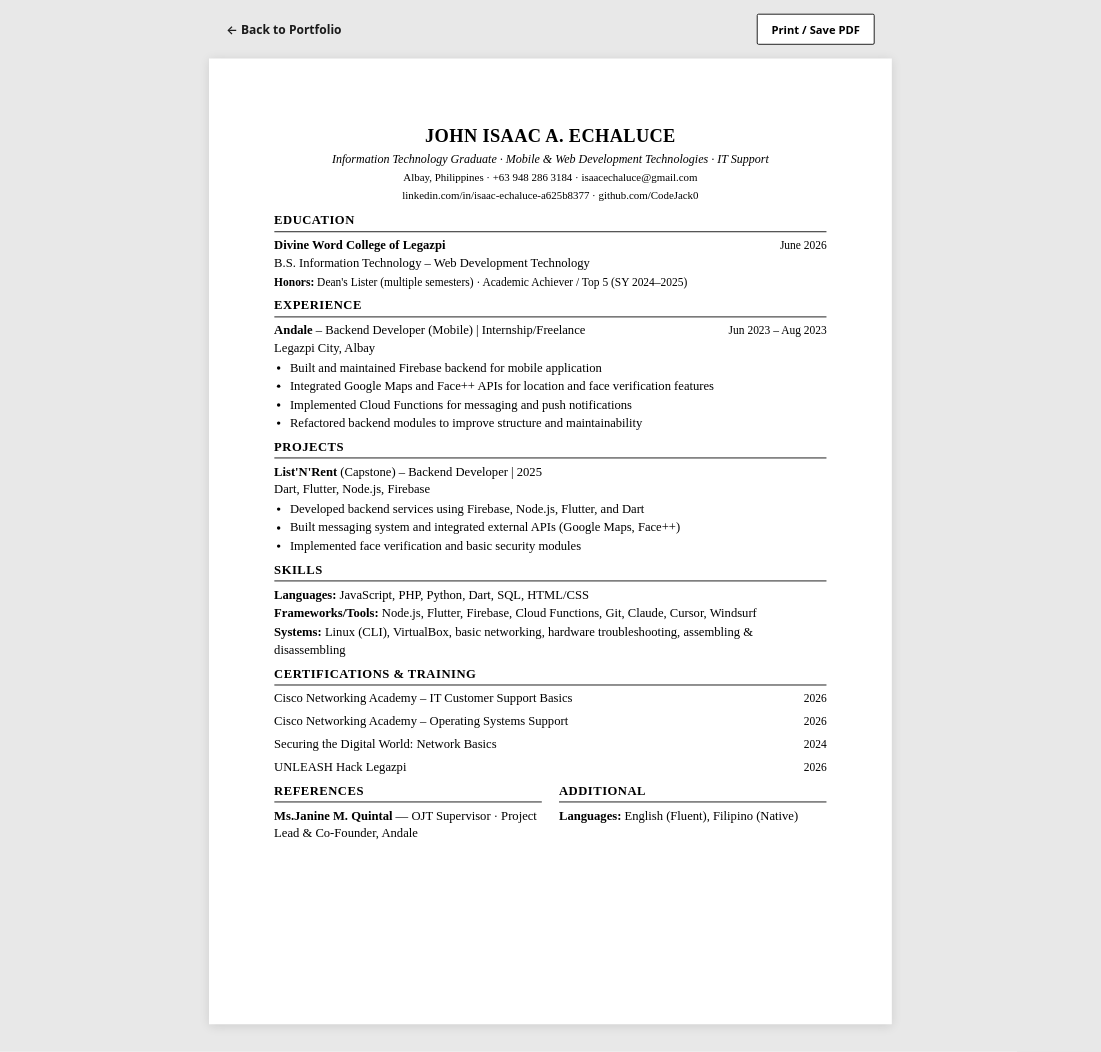
Repository: CodeJack0/Professional_Portfolio
Page: pages/resume.html
The author's editor kept a copy of each file at every save. The page is drawn from the files as they stood at one save, then again after the next save.
The browser window is 1280 px wide. The pictures show the whole page, at 86% of full size.

Above is the page before, as saved 2026-05-29 21:30:23.

### pages/resume.html
<!DOCTYPE html>
<html lang="en">
<head>
  <meta charset="UTF-8" />
  <meta name="viewport" content="width=device-width, initial-scale=1.0" />
  <meta name="description" content="Resume / CV — John Isaac A. Echaluce, IT Graduate" />
  <title>Resume / CV — John Isaac A. Echaluce</title>
  <link rel="stylesheet" href="../css/resume.css" />
</head>
<body class="resume-page">
  <div class="resume-toolbar no-print">
    <a href="../index.html" class="toolbar-link">← Back to Portfolio</a>
    <button type="button" class="toolbar-btn" onclick="window.print()">Print / Save PDF</button>
  </div>

  <article class="resume-document" aria-label="Resume">
    <header class="resume-header">
      <h1 class="resume-name">John Isaac A. Echaluce</h1>
      <p class="resume-tagline">Information Technology Graduate · Mobile &amp; Web Development Technologies · IT Support</p>
      <p class="resume-contact-line">
        Albay, Philippines · <a href="tel:+639482863184">+63 948 286 3184</a> ·
        <a href="mailto:isaacechaluce@gmail.com">isaacechaluce@gmail.com</a>
      </p>
      <p class="resume-contact-line resume-contact-line--links">
        <a href="https://www.linkedin.com/in/isaac-echaluce-a625b8377/" rel="noopener noreferrer">linkedin.com/in/isaac-echaluce-a625b8377</a> ·
        <a href="https://github.com/CodeJack0" rel="noopener noreferrer">github.com/CodeJack0</a>
      </p>
    </header>

    <main class="resume-content">
      <section class="resume-section">
        <h2 class="resume-section-title">Education</h2>

        <div class="entry">
          <div class="entry-row">
            <span class="entry-left"><strong>Divine Word College of Legazpi</strong></span>
            <span class="entry-right">June 2026</span>
          </div>
          <div class="entry-row entry-row--sub">
            <span class="entry-left">B.S. Information Technology – Web Development Technology</span>
          </div>
          <p class="honors-line">
            <strong>Honors:</strong> Dean's Lister (multiple semesters) · Academic Achiever / Top 5 (SY 2024–2025)
          </p>
        </div>
      </section>

      <section class="resume-section">
        <h2 class="resume-section-title">Experience</h2>

        <div class="entry">
          <div class="entry-row">
            <span class="entry-left"><strong>Andale</strong> – Backend Developer (Mobile) | Internship/Freelance</span>
            <span class="entry-right">Jun 2023 – Aug 2023</span>
          </div>
          <div class="entry-row entry-row--sub">
            <span class="entry-left">Legazpi City, Albay</span>
          </div>
          <ul class="resume-list">
            <li>Built and maintained Firebase backend for mobile application</li>
            <li>Integrated Google Maps and Face++ APIs for location and face verification features</li>
            <li>Implemented Cloud Functions for messaging and push notifications</li>
            <li>Refactored backend modules to improve structure and maintainability</li>
          </ul>
        </div>
      </section>

      <section class="resume-section">
        <h2 class="resume-section-title">Projects</h2>

        <div class="entry">
          <div class="entry-row">
            <span class="entry-left"><strong>List'N'Rent</strong> (Capstone) – Backend Developer | 2025</span>
            <span class="entry-right"></span>
          </div>
          <div class="entry-row entry-row--sub">
            <span class="entry-left">Dart, Flutter, Node.js, Firebase</span>
          </div>
          <ul class="resume-list">
            <li>Developed backend services using Firebase, Node.js, Flutter, and Dart</li>
            <li>Built messaging system and integrated external APIs (Google Maps, Face++)</li>
            <li>Implemented face verification and basic security modules</li>
          </ul>
        </div>


      <section class="resume-section">
        <h2 class="resume-section-title">Skills</h2>
        <p class="skills-line"><strong>Languages:</strong> JavaScript, PHP, Python, Dart, SQL, HTML/CSS</p>
        <p class="skills-line"><strong>Frameworks/Tools:</strong> Node.js, Flutter, Firebase, Cloud Functions, Git, Claude, Cursor, Windsurf</p>
        <p class="skills-line"><strong>Systems:</strong> Linux (CLI), VirtualBox, basic networking, hardware troubleshooting, assembling & disassembling</p>
      </section>

      <section class="resume-section">
        <h2 class="resume-section-title">Certifications & Training</h2>

        <div class="entry entry--compact">
          <div class="entry-row">
            <span class="entry-left">Cisco Networking Academy – IT Customer Support Basics</span>
            <span class="entry-right">2026</span>
          </div>
        </div>

        <div class="entry entry--compact">
          <div class="entry-row">
            <span class="entry-left">Cisco Networking Academy – Operating Systems Support</span>
            <span class="entry-right">2026</span>
          </div>
        </div>

        <div class="entry entry--compact">
          <div class="entry-row">
            <span class="entry-left">Securing the Digital World: Network Basics</span>
            <span class="entry-right">2024</span>
          </div>
        </div>

        <div class="entry entry--compact">
          <div class="entry-row">
            <span class="entry-left">UNLEASH Hack Legazpi</span>
            <span class="entry-right">2026</span>
          </div>
        </div>
      </section>

      <section class="resume-section resume-section--combined">
        <div class="resume-two-col">
          <div>
            <h2 class="resume-section-title">References</h2>
            <p class="skills-line"><strong>Ms.Janine M. Quintal</strong> — OJT Supervisor · Project Lead &amp; Co-Founder, Andale</p>
          </div>
          <div>
            <h2 class="resume-section-title">Additional</h2>
            <p class="skills-line"><strong>Languages:</strong> English (Fluent), Filipino (Native)</p>
          </div>
        </div>
      </section>
    </main>
  </article>
</body>
</html>

### css/resume.css
/* Harvard-style resume — conservative, single column, print-first (A4) */

:root {
  --resume-page-width: 210mm;
  --resume-page-height: 297mm;
  --resume-page-margin: 20mm;
}

*,
*::before,
*::after {
  box-sizing: border-box;
}

body.resume-page {
  margin: 0;
  font-family: "Times New Roman", Times, Georgia, serif;
  font-size: 11pt;
  line-height: 1.35;
  color: #000;
  background: #e8e8e8;
  -webkit-font-smoothing: antialiased;
}

/* Toolbar (screen only) */
.resume-toolbar {
  display: flex;
  align-items: center;
  justify-content: space-between;
  max-width: var(--resume-page-width);
  margin: 0 auto;
  padding: 1rem 1.25rem;
  gap: 1rem;
  font-family: system-ui, -apple-system, sans-serif;
}

.toolbar-link {
  font-size: 0.875rem;
  font-weight: 600;
  color: #1a1a1a;
  text-decoration: none;
}

.toolbar-link:hover {
  text-decoration: underline;
}

.toolbar-btn {
  font-family: inherit;
  font-size: 0.8125rem;
  font-weight: 600;
  padding: 0.5rem 1rem;
  border: 1px solid #000;
  border-radius: 2px;
  background: #fff;
  color: #000;
  cursor: pointer;
}

.toolbar-btn:hover {
  background: #f5f5f5;
}

/* Document */
.resume-document {
  width: 100%;
  max-width: var(--resume-page-width);
  min-height: var(--resume-page-height);
  margin: 0 auto 2rem;
  padding: var(--resume-page-margin);
  background: #fff;
  box-shadow: 0 2px 12px rgba(0, 0, 0, 0.12);
}

/* Header */
.resume-header {
  text-align: center;
  margin-bottom: 0.65rem;
}

.resume-name {
  font-size: 16pt;
  font-weight: 700;
  margin: 0 0 0.25rem;
  letter-spacing: 0.02em;
  text-transform: uppercase;
}

.resume-tagline {
  margin: 0;
  font-size: 10.5pt;
  font-style: italic;
}

.resume-summary {
  margin: 0.35rem auto 0;
  max-width: 95%;
  font-size: 10pt;
  line-height: 1.4;
  text-align: center;
}

.resume-contact-line {
  margin: 0.2rem 0 0;
  font-size: 9.5pt;
  line-height: 1.45;
}

.resume-contact-line--links {
  margin-top: 0.1rem;
}

.resume-contact-line a {
  color: inherit;
  text-decoration: none;
}

.resume-contact-line a:hover {
  text-decoration: underline;
}

.honors-line {
  margin: 0.2rem 0 0;
  font-size: 10pt;
  line-height: 1.35;
}

.entry-note {
  margin: 0.15rem 0 0;
  font-size: 9.5pt;
  font-style: italic;
  line-height: 1.35;
}

/* Sections */
.resume-content {
  margin: 0;
}

.resume-section {
  margin-bottom: 0.45rem;
}

.entry--compact {
  margin-bottom: 0.2rem;
}

.resume-two-col {
  display: grid;
  grid-template-columns: 1fr 1fr;
  gap: 1.25rem;
  align-items: start;
}

.resume-two-col .resume-section-title {
  margin-top: 0;
}

.resume-section--combined {
  margin-bottom: 0;
}

.skills-line--muted {
  font-size: 9.5pt;
  font-style: italic;
}

.resume-section:last-child {
  margin-bottom: 0;
}

.resume-section-title {
  font-size: 11pt;
  font-weight: 700;
  text-transform: uppercase;
  letter-spacing: 0.04em;
  margin: 0.5rem 0 0.35rem;
  padding-bottom: 0.15rem;
  border-bottom: 1px solid #000;
}

.resume-section:first-child .resume-section-title {
  margin-top: 0;
}

/* Entries */
.entry {
  margin-bottom: 0.45rem;
}

.entry:last-child {
  margin-bottom: 0;
}

.entry-row {
  display: flex;
  justify-content: space-between;
  align-items: baseline;
  gap: 1rem;
}

.entry-row--sub {
  margin-top: 0.05rem;
}

.entry-left {
  flex: 1;
  min-width: 0;
}

.entry-right {
  flex-shrink: 0;
  white-space: nowrap;
  font-size: 10pt;
}

/* Lists */
.resume-list {
  margin: 0.2rem 0 0;
  padding-left: 1.15rem;
}

.resume-list li {
  margin-bottom: 0.1rem;
}

.resume-list--plain {
  list-style: disc;
  padding-left: 1.15rem;
}

/* Skills */
.skills-line {
  margin: 0.15rem 0 0;
}

.skills-line:first-of-type {
  margin-top: 0.1rem;
}

.resume-section--inline .skills-line {
  margin-top: 0.1rem;
}

/* Responsive */
@media (max-width: 640px) {
  .resume-document {
    min-height: auto;
    padding: 1rem;
  }

  .resume-contact-line {
    font-size: 9pt;
  }

  .entry-row {
    flex-direction: column;
    gap: 0.1rem;
  }

  .entry-right {
    white-space: normal;
  }

  .resume-two-col {
    grid-template-columns: 1fr;
    gap: 0.5rem;
  }
}

/* Print */
@media print {
  @page {
    size: A4;
    margin: 0;
  }

  body.resume-page {
    background: #fff;
    font-size: 11pt;
  }

  .no-print {
    display: none !important;
  }

  .resume-document {
    max-width: none;
    min-height: auto;
    margin: 0;
    padding: var(--resume-page-margin);
    box-shadow: none;
  }

  .resume-contact-line a {
    text-decoration: none;
  }

  .entry,
  .resume-section {
    break-inside: avoid;
  }
}

After the next save:
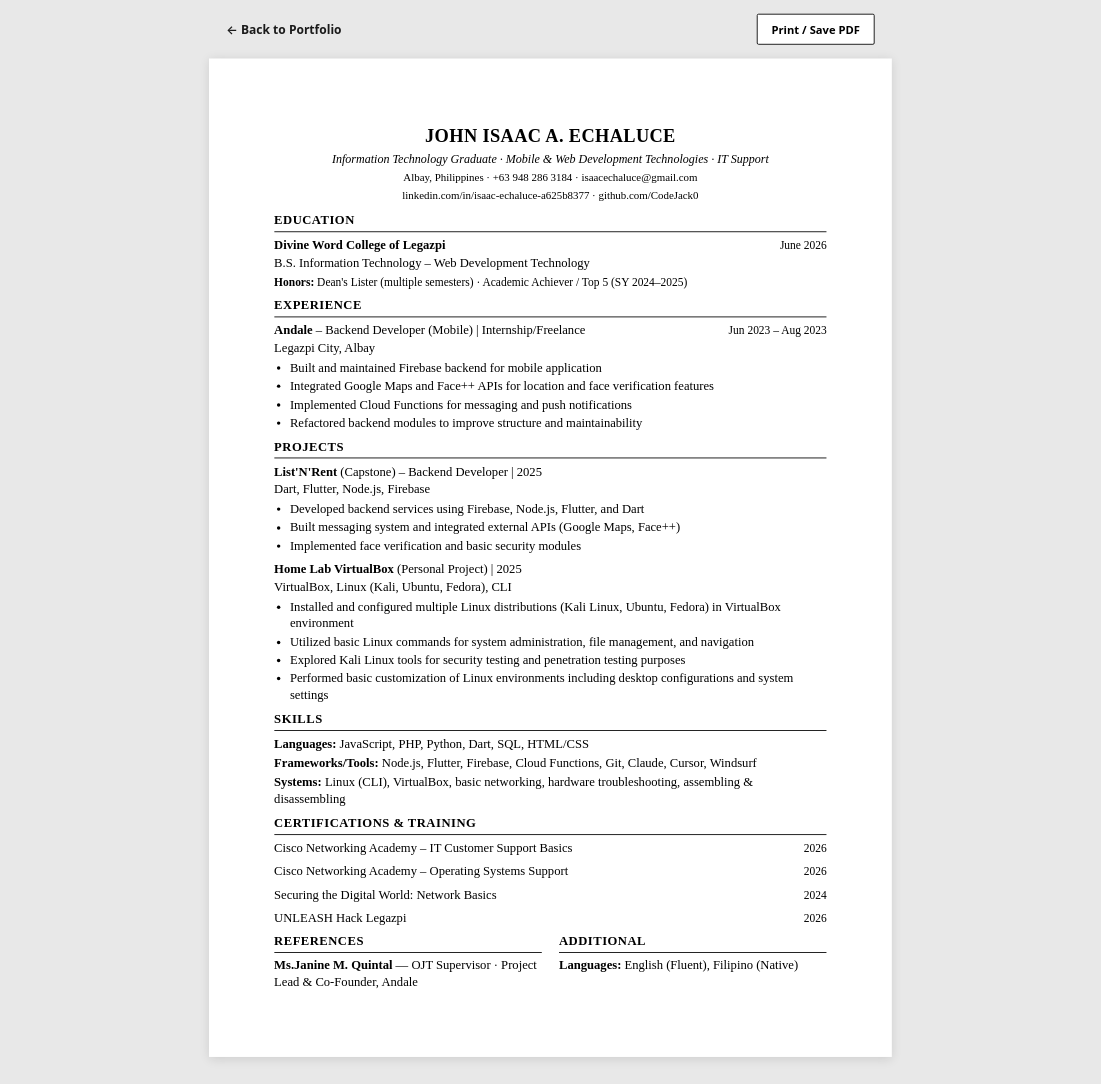
Saved 10 min 31 s later.
--- a/pages/resume.html
+++ b/pages/resume.html
@@ -83,6 +83,22 @@
           </ul>
         </div>
 
+        <div class="entry">
+          <div class="entry-row">
+            <span class="entry-left"><strong>Home Lab VirtualBox</strong> (Personal Project) | 2025</span>
+            <span class="entry-right"></span>
+          </div>
+          <div class="entry-row entry-row--sub">
+            <span class="entry-left">VirtualBox, Linux (Kali, Ubuntu, Fedora), CLI</span>
+          </div>
+          <ul class="resume-list">
+            <li>Installed and configured multiple Linux distributions (Kali Linux, Ubuntu, Fedora) in VirtualBox environment</li>
+            <li>Utilized basic Linux commands for system administration, file management, and navigation</li>
+            <li>Explored Kali Linux tools for security testing and penetration testing purposes</li>
+            <li>Performed basic customization of Linux environments including desktop configurations and system settings</li>
+          </ul>
+        </div>
+
 
       <section class="resume-section">
         <h2 class="resume-section-title">Skills</h2>
